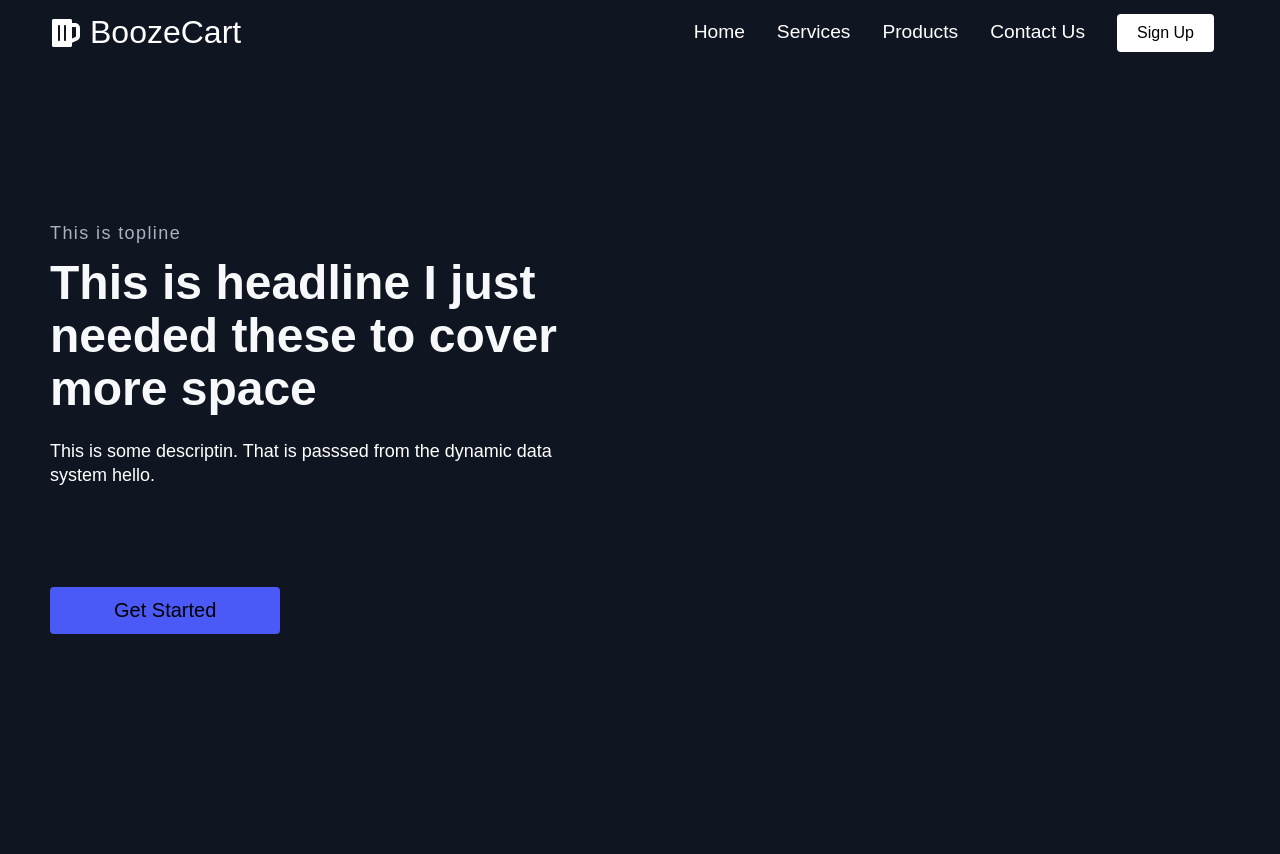
Repository: ajaygc95/Django-and-react
Page: / (app in galamart_sell/boozecart/)
An editor plug-in stored every save of this project. The page is shown before and after a run of saves, followed by the edit.
The browser window is 1280 px wide. The pictures show the whole page.
The project was rebuilt for these pictures with package versions that can differ from the ones it lists, and the page was loaded fresh each time.

Above is the page before, as saved 2021-04-13 00:08:42.

### galamart_sell/boozecart/src/App.js
import { Navbar } from "./components";
import { BrowserRouter as Router, Switch, Route } from "react-router-dom";
import GlobalStyle from "./globalStyles";
import Home from "./pages/HomePage/Home";
function App() {
  return (
    <Router>
      <GlobalStyle />
      <Navbar></Navbar>
      <Switch>
        <Route path="/" exact component={Home}></Route>
      </Switch>
    </Router>
  );
}

export default App;

### galamart_sell/boozecart/src/components/index.js
export { default as Navbar } from "./NavBar/Navbar";
export { default as InfoSection } from "./InfoSection/InfoSection";

### galamart_sell/boozecart/src/globalStyles.js
import styled, { createGlobalStyle } from "styled-components";

const GlobalStyle = createGlobalStyle`
*{
    box-sizing: border-box;
    margin: 0;
    padding: 0;
    font-family: 'Source Sans Pro', sans-serif;
}

`;

export const Container = styled.div`
  z-index: 1;
  width: 100%;
  margin-right: auto;
  margin-left: auto;
  max-width: 1300px;
  padding-right: 50px;
  padding-left: 50px;

  @media screen and (max-width: 991px) {
    padding-right: 30px;
    padding-left: 30px;
  }
`;

export const Button = styled.button`
  border-radius: 4px;
  background: ${({ primary }) => (primary ? "#4b59f7" : "white")};
  white-space: nowrap;
  padding: ${({ big }) => (big ? "12px 64px" : "10px 20px")};
  font-size: ${({ fontBig }) => (fontBig ? "20px" : "16px")};
  outline: none;
  border: none;
  cursor: pointer;

  &:hover {
    transition: all 0.3s ease-out;
    background: ${({ primary }) => (primary ? "#0467fb" : "#4b59f7")};
    color: white;
  }

  @media screen and (max-width: 960px) {
    width: 100%;
  }
`;

export default GlobalStyle;

### galamart_sell/boozecart/src/pages/HomePage/Home.js
import React from "react";
import { InfoSection } from "../../components";
import { homeObj } from "./Data";

const Home = () => {
  return (
    <>
      <InfoSection {...homeObj}></InfoSection>
    </>
  );
};

export default Home;

### galamart_sell/boozecart/src/components/NavBar/Navbar.js
import React, { useEffect, useState } from "react";
import { FaBars, FaTimes } from "react-icons/fa";
import { Button } from "../../globalStyles";

import {
  Nav,
  NavbarContainer,
  NavIcon,
  NavLogo,
  MobileIcon,
  NavMenu,
  NavItem,
  NavLinks,
  NavItemBtn,
  NavBtnLink,
} from "./Navbar.element";

const Navbar = () => {
  const [click, setClick] = useState(false);
  const [button, setButton] = useState(true);
  const handleClick = () => setClick(!click);

  const showButton = () => {
    if (window.innerWidth <= 960) {
      setButton(false);
    } else {
      setButton(true);
    }
  };

  useEffect(() => {
    showButton();
  });
  window.addEventListener("resize", showButton);
  return (
    <>
      <Nav>
        <NavbarContainer>
          <NavLogo to="/">
            <NavIcon />
            BoozeCart
          </NavLogo>
          <MobileIcon onClick={handleClick}>
            {click ? <FaTimes /> : <FaBars />}
          </MobileIcon>
          <NavMenu onClick={handleClick} click={click}>
            <NavItem>
              <NavLinks to="/">Home</NavLinks>
            </NavItem>
            <NavItem>
              <NavLinks to="/services">Services</NavLinks>
            </NavItem>
            <NavItem>
              <NavLinks to="/Products">Products</NavLinks>
            </NavItem>
            <NavItem>
              <NavLinks to="/contact">Contact Us</NavLinks>
            </NavItem>
            <NavItemBtn>
              {button ? (
                <NavBtnLink to="/sign-up">
                  <Button> Sign Up</Button>
                </NavBtnLink>
              ) : (
                <NavBtnLink to="/sign-up">
                  <Button fontBig primary>
                    Sign Up
                  </Button>
                </NavBtnLink>
              )}
            </NavItemBtn>
          </NavMenu>
        </NavbarContainer>
      </Nav>
    </>
  );
};

export default Navbar;

### galamart_sell/boozecart/src/components/InfoSection/InfoSection.js
import React from "react";
import { Link } from "react-router-dom";
import { Button, Container } from "../../globalStyles";
import {
  Heading,
  InfoColumn,
  InfoRow,
  InfoSec,
  Subtitle,
  TextWrapper,
  TopLine,
} from "./InfoSection.element";

const InfoSection = ({
  primary,
  lightBg,
  imgStart,
  lightTopLine,
  lightTextDesc,
  buttonLabel,
  description,
  headline,
  lightText,
  topLine,
}) => {
  return (
    <>
      <InfoSec lightBg={lightBg}>
        <Container>
          <InfoRow imgStart={imgStart}>
            <InfoColumn>
              <TextWrapper>
                <TopLine lightTopLine={lightTopLine}>{topLine}</TopLine>
                <Heading lightText={lightText}>{headline}</Heading>
                <Subtitle lightText={lightTextDesc}>{description}</Subtitle>
                <Link to="/sign-up">
                  <Button big fontBig primary={primary}>
                    {buttonLabel}
                  </Button>
                </Link>
              </TextWrapper>
            </InfoColumn>
          </InfoRow>
        </Container>
      </InfoSec>
    </>
  );
};

export default InfoSection;

### galamart_sell/boozecart/src/pages/HomePage/Data.js
export const homeObj = {
  lightBg: false,
  primary: true,
  lightBg: false,
  imgStart: "",
  lightTopLine: true,
  lightTextDesc: true,
  buttonLabel: "Get Started",
  description:
    "This is some descriptin. That is passsed from the dynamic data system hello. ",
  headline: "This is headline I just needed these to cover more space",
  lightText: true,
  topLine: "This is topline",
};

### galamart_sell/boozecart/src/components/NavBar/Navbar.element.js
import styled from "styled-components";
import { Container } from "../../globalStyles";
import { Link } from "react-router-dom";
import { FaBeer } from "react-icons/fa";

export const Nav = styled.nav`
  background: #101522;
  height: 65px;
  display: flex;
  justify-content: center;
  align-items: center;
  font-size: 1.2rem;
  position: sticky;
  top: 0;
  z-index: 999;
  color: white;
`;

export const NavbarContainer = styled(Container)`
  display: flex;
  justify-content: space-between;
  align-items: center;
  height: 65px;
$(Container)

`;

export const NavLogo = styled(Link)`
  color: #fff;
  justify-self: flex-start;
  cursor: pointer;
  text-decoration: none;
  font-size: 2rem;
  display: flex;
  align-items: center;
`;

export const NavIcon = styled(FaBeer)`
  margin-right: 0.5rem;
  color: white;
`;

export const MobileIcon = styled.div`
  display: none;

  @media screen and (max-width: 960px) {
    display: flex;
    align-items: center;
    display: block;
    position: absolute;
    right: 10px;
    line-height: 65px;
    font-size: 2rem;
    cursor: pointer;
  }
`;

export const NavMenu = styled.ul`
  display: flex;
  align-items: center;
  text-align: center;
  list-style: none;

  @media screen and (max-width: 960px) {
    display: flex;
    flex-direction: column;
    width: 100%;
    height: 90vh;
    position: absolute;
    top: 65px;
    left: ${({ click }) => (click ? 0 : "-100%")};
    opacity: 1;
    transition: all 0.3s ease;
    background: #101522;
  }
`;

export const NavItem = styled.li`
  height: 65px;
  border-bottom: 2px solid transparent;

  &:hover {
    border-bottom: 2px solid #0467fb;
  }

  @media screen and (max-width: 960px) {
    width: 100%;
    align-items: center;
    &:hover {
      border: none;
    }
  }
`;

export const NavLinks = styled(Link)`
  color: #fff;
  display: flex;
  align-items: center;
  text-decoration: none;
  padding: 0.5rem 1rem;
  height: 100%;

  &:hover {
    color: #0467fb;
  }

  @media screen and (max-width: 960px) {
    text-align: center;
    padding: 2rem;
    width: 100%;
    display: table;

    &:hover {
      color: #4b59f7;
      transition: all 0.3s ease;
    }
  }
`;

export const NavItemBtn = styled.li`
  display: flex;
  @media screen and (max-width: 960px) {
    display: flex;
    justify-content: center;
    width: 100%;
    width: 100%;
    height: 120px;
  }
`;

export const NavBtnLink = styled(Link)`
  display: flex;
  justify-content: center;
  align-items: center;
  text-decoration: none;
  padding: 8px 16px;
  height: 100%;
  width: 100%;
  border: none;
  outline: none;
`;

### galamart_sell/boozecart/src/components/InfoSection/InfoSection.element.js
import styled from "styled-components";

export const InfoSec = styled.div`
  color: #fff;
  padding: 160px 0;
  background: ${({ lightBg }) => (lightBg ? "#fff" : "#101522")};
`;

export const InfoRow = styled.div`
  display: flex;
  margin: 0 -15px -15px -15px;
  flex-wrap: wrap;
  align-items: center;
  flex-direction: ${({ imgStart }) => (imgStart ? "row-reverse" : "row")};
`;

export const InfoColumn = styled.div`
  margin-bottom: 15px;
  padding-right: 15px;
  padding-left: 15px;
  flex: 1;
  max-width: 50%;
  flex-basis: 50%;

  @media screen and (max-width: 768px) {
    max-width: 100%;
    flex-basis: 100%;
    display: flex;
    justify-content: center;
  }
`;

export const TextWrapper = styled.div`
  max-width: 540px;
  padding-top: 0;
  padding-bottom: 60px;

  @media screen and (max-width: 768px) {
    padding-bottom: 65px;
  }
`;

export const TopLine = styled.div`
  color: ${({ lightTopLine }) => (lightTopLine ? "#a9b3c1" : "#4b59f7")};
  font-size: 18px;
  line-height: 16px;
  letter-spacing: 1.4px;
  margin-bottom: 16px;
`;

export const Heading = styled.h1`
  margin-bottom: 24px;
  font-size: 48px;
  line-height: 1.1;
  color: ${({ lightText }) => (lightText ? "#f7f8fa" : "#1c2237")};
`;

export const Subtitle = styled.p`
  margin-bottom: 100px;
  font-size: 35px;
  font-size: 18px;
  line-height: 24px;
  color: ${({ lightTextDesc }) => (lightTextDesc ? "white" : "white")};
`;

Loaded but not shown: galamart_sell/boozecart/public/index.html (common file); galamart_sell/boozecart/src/index.js (common file)

After the next 3 saves:
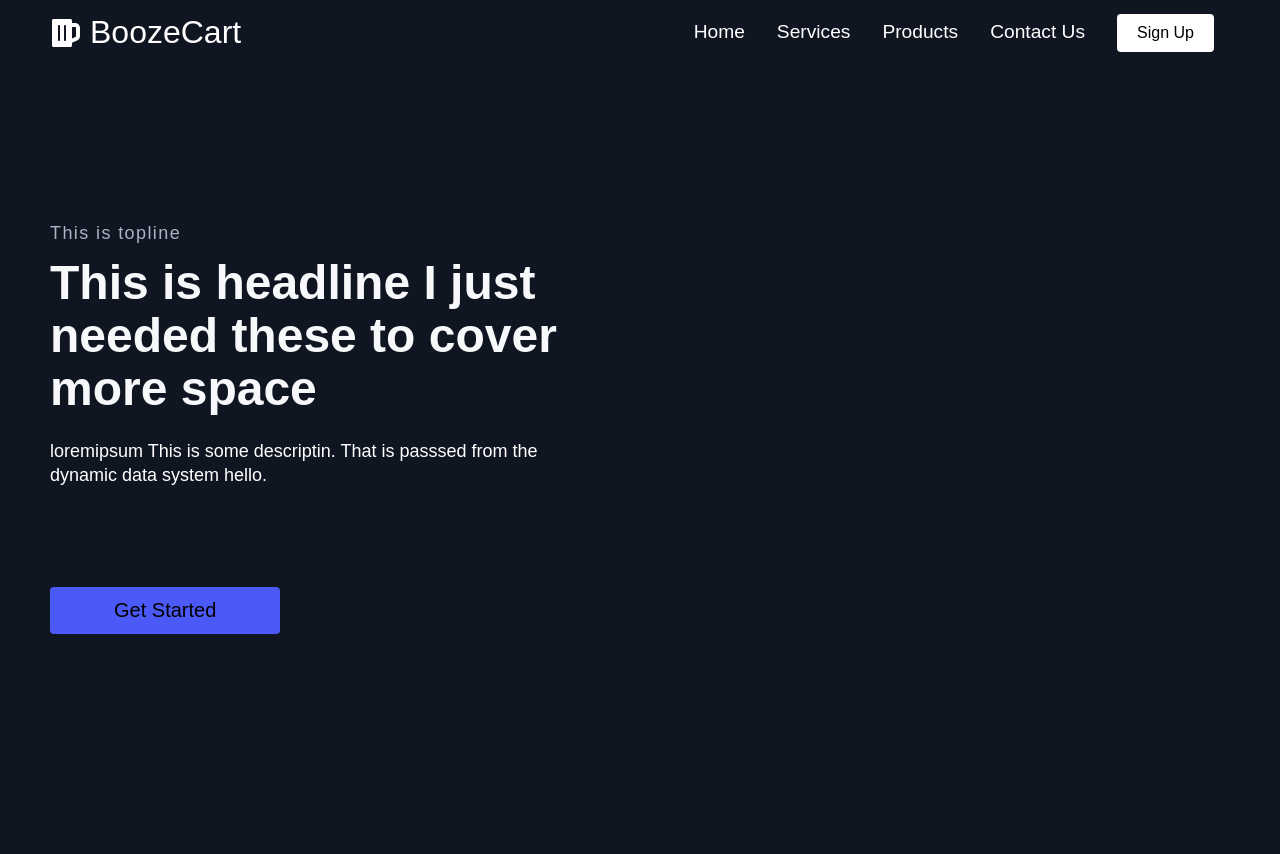
The 3 saves are shown as one change because they came seconds apart.
The last was saved 42 s later.
--- a/galamart_sell/boozecart/src/pages/HomePage/Data.js
+++ b/galamart_sell/boozecart/src/pages/HomePage/Data.js
@@ -7,7 +7,7 @@
   lightTextDesc: true,
   buttonLabel: "Get Started",
   description:
-    "This is some descriptin. That is passsed from the dynamic data system hello. ",
+    "loremipsum  This is some descriptin. That is passsed from the dynamic data system hello. ",
   headline: "This is headline I just needed these to cover more space",
   lightText: true,
   topLine: "This is topline",

After the save that followed:
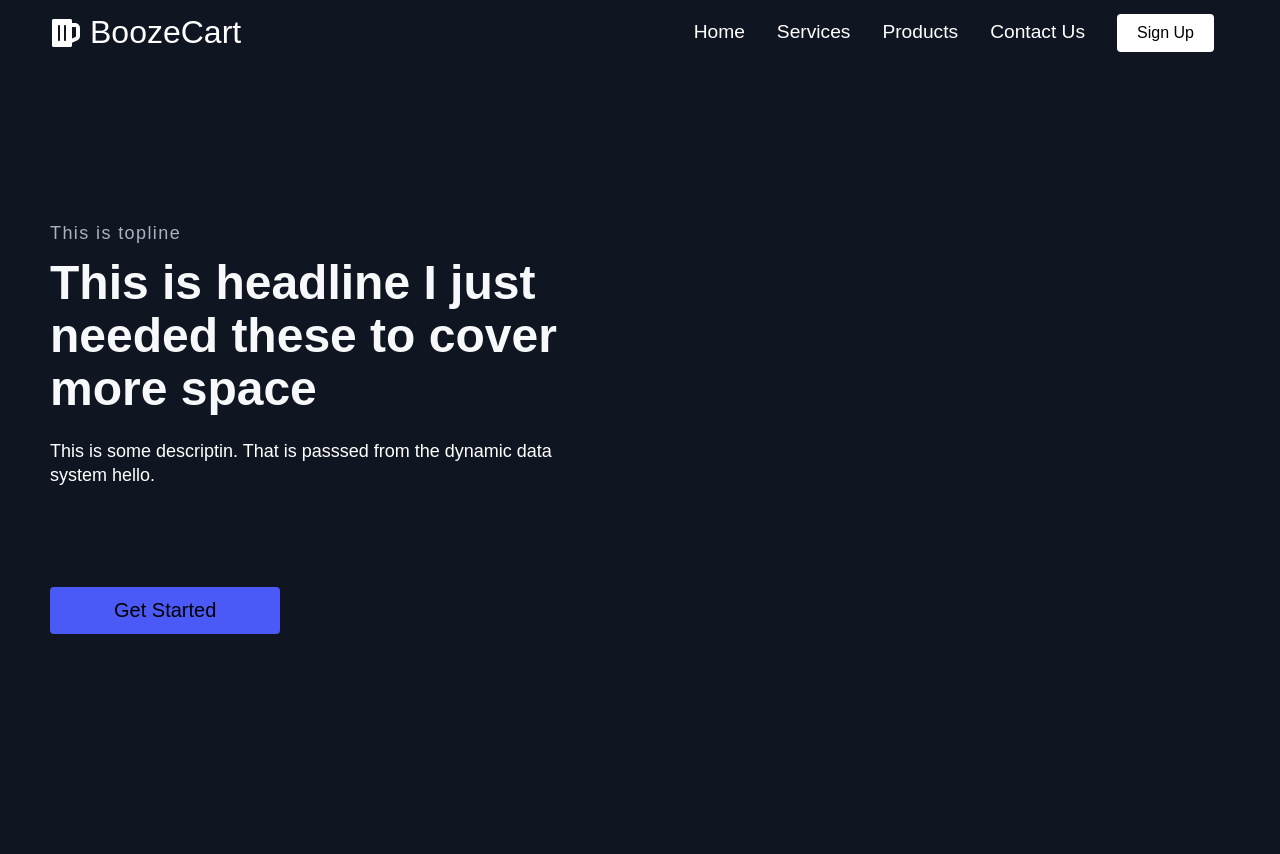
Saved 4 s later.
--- a/galamart_sell/boozecart/src/pages/HomePage/Data.js
+++ b/galamart_sell/boozecart/src/pages/HomePage/Data.js
@@ -7,7 +7,7 @@
   lightTextDesc: true,
   buttonLabel: "Get Started",
   description:
-    "loremipsum  This is some descriptin. That is passsed from the dynamic data system hello. ",
+    "  This is some descriptin. That is passsed from the dynamic data system hello. ",
   headline: "This is headline I just needed these to cover more space",
   lightText: true,
   topLine: "This is topline",
